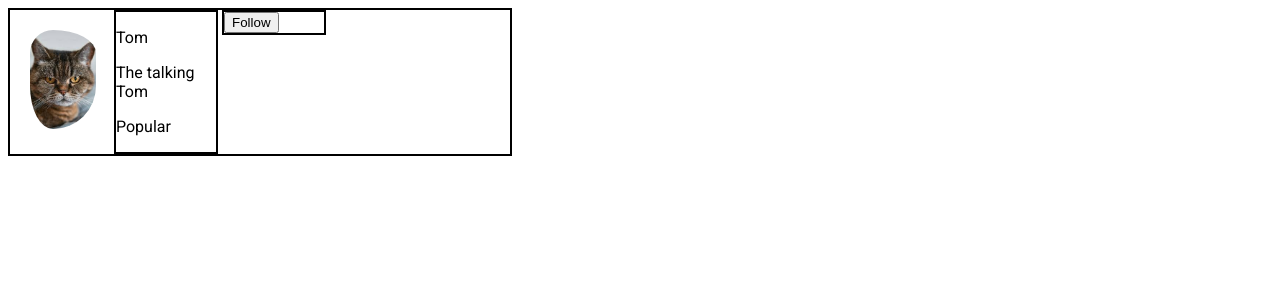
Repository: RagulRanjeeth/Frontend
Page: Exercises/Layouts.html
The author's editor kept a copy of each file at every save. The page is drawn from the files as they stood at one save, then again after the next save.
The browser window is 1280 px wide. The pictures show the whole page.

Above is the page before, as saved 2026-01-23 16:22:56.

### Exercises/Layouts.html
<!DOCTYPE html>
<html>
    <head>
        <title>
            Layout Exercises
        </title>
        <link rel="stylesheet" href="Profile.css">
            <link rel="preconnect" href="https://fonts.googleapis.com">
    <link rel="preconnect" href="https://fonts.gstatic.com" crossorigin>
    <link href="https://fonts.googleapis.com/css2?family=Montserrat:ital,wght@0,100..900;1,100..900&family=Roboto:ital,wght@0,100..900;1,100..900&display=swap" rel="stylesheet">
    </head>
    <body>
        <div class="MainContainer">
            <div class="ProfilePictureContainer">
               <img class="CatImage" src="ProfilePic/download.jpg">
            </div>
            <div class="ProfileDescription">
                <p class="DescriptionName">Tom</p>
                <p class="DescriptionSecondaryName">The talking Tom</p>
                <p class="DescriptionPopular">Popular</p>
            </div>
            <div class="ProfileButton">
                <button>Follow</button>
            </div>
        </div>
    </body>
</html>

### Exercises/Profile.css
.MainContainer{
    width:500px;
    border-width:2px;
    border-style: solid;
}
.ProfilePictureContainer{
    width:100px;
    display:inline-block;
    vertical-align: top;

}

.CatImage{
    width:66px;
    border-radius:50px;
    padding-left:20px;
    padding-top:20px;
}

.ProfileDescription{
    width:100px;
    display:inline-block;
    font-family: Roboto, Arial;
    border-width:2px;
    border-style: solid;
    vertical-align: top;

}

.ProfileButton{
     width:100px;
    display:inline-block;
    border-width:2px;
    border-style: solid;
     vertical-align: top;

}

After the next save:
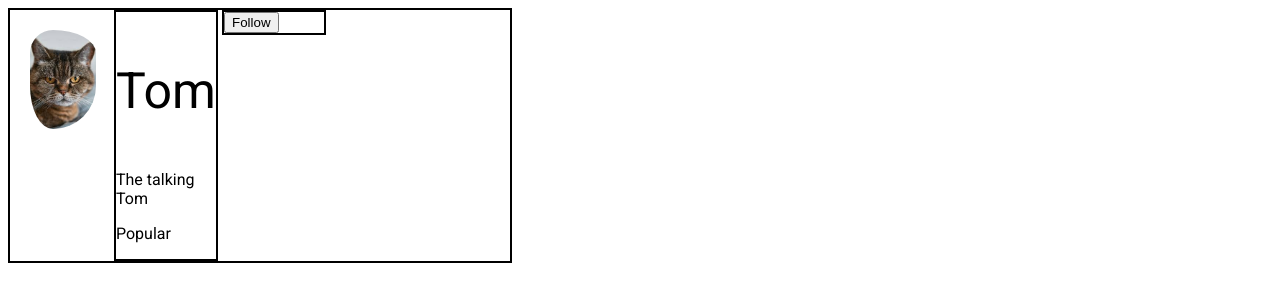
Saved 34 s later.
--- a/Exercises/Profile.css
+++ b/Exercises/Profile.css
@@ -35,3 +35,7 @@
      vertical-align: top;
 
 }
+
+.DescriptionName{
+    font-size: 50px;;
+}

After the save that followed:
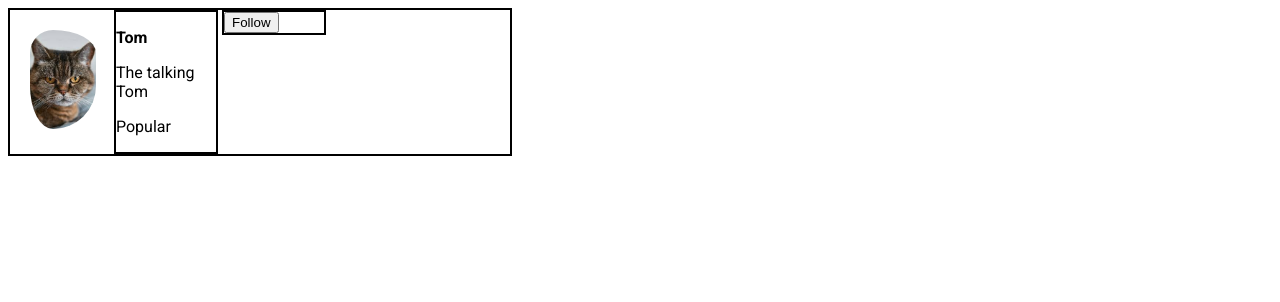
Saved 18 s later.
--- a/Exercises/Profile.css
+++ b/Exercises/Profile.css
@@ -37,5 +37,5 @@
 }
 
 .DescriptionName{
-    font-size: 50px;;
+    font-weight: bold;
 }
